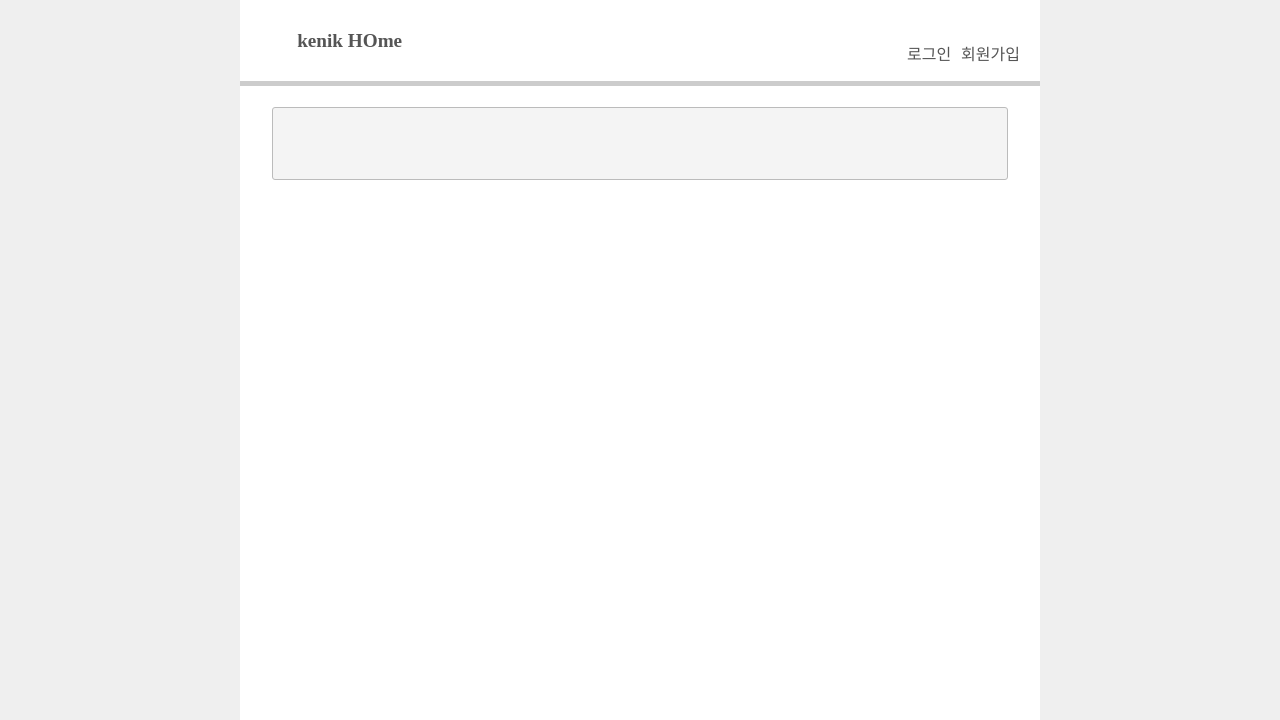
Repository: Deneb0000/WebClass
Page: webPro/src/main/webapp/jquery/days10/ex08.html
These files come from the project's save history. The page is drawn as it stood at one moment and after the next save; the edit follows.
The browser window is 1280 px wide. The pictures show the whole page.
Some web fonts or font styles are not loaded; a fallback is used.

Above is the page before, as saved 2024-10-15 00:25:36.

After the next save:
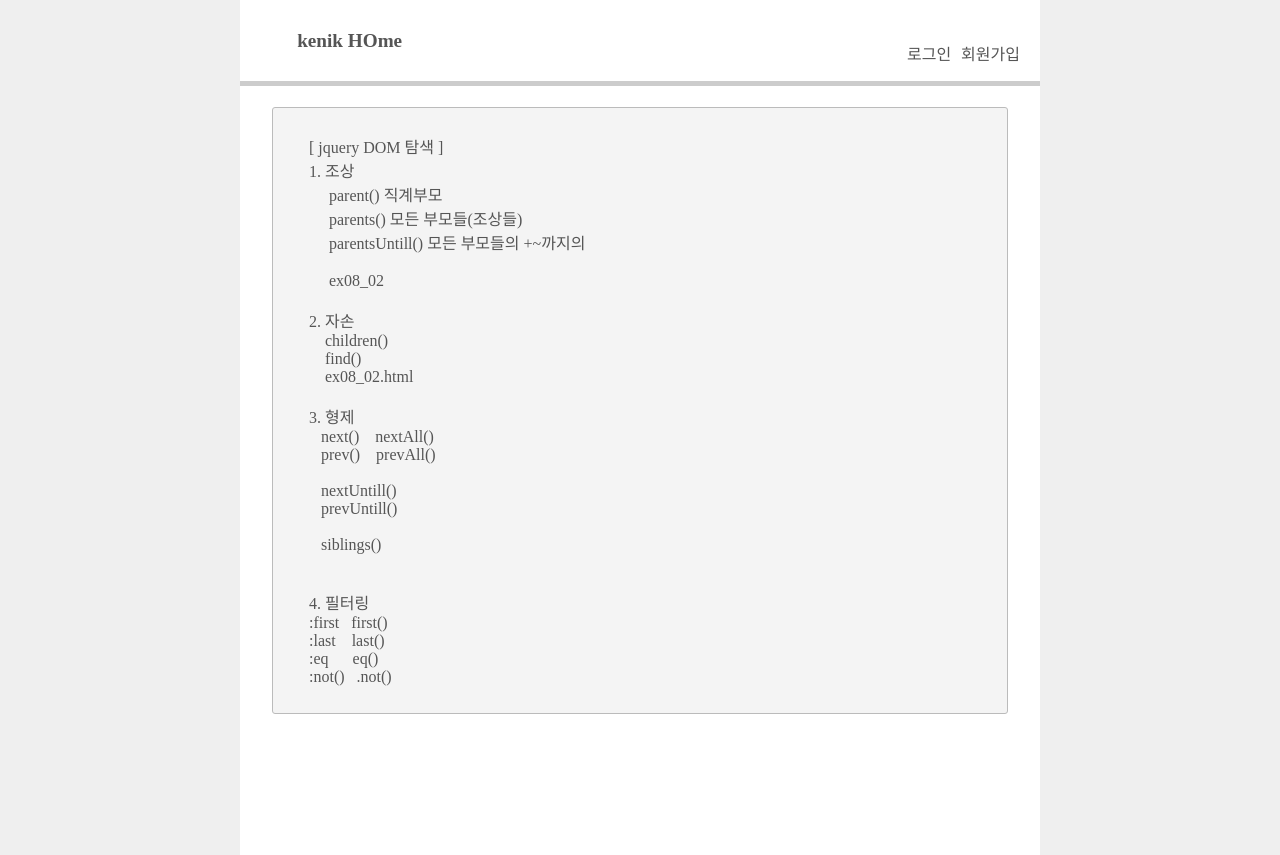
Saved 33 s later.
--- a/webPro/src/main/webapp/jquery/days10/ex08.html
+++ b/webPro/src/main/webapp/jquery/days10/ex08.html
@@ -24,7 +24,34 @@
 </header>
 <div>
   <xmp class="code">
+     [ jquery DOM 탐색 ]
+     1. 조상
+          parent() 직계부모
+          parents() 모든 부모들(조상들)
+          parentsUntill() 모든 부모들의 +~까지의
 
+          ex08_02
+
+     2. 자손
+         children()
+         find()
+         ex08_02.html
+
+     3. 형제
+        next()    nextAll()
+        prev()    prevAll()
+
+        nextUntill()
+        prevUntill()
+
+        siblings()
+
+
+     4. 필터링
+     :first   first()
+     :last    last()
+     :eq      eq()
+     :not()   .not()
   </xmp>
 </div>
 </body>
